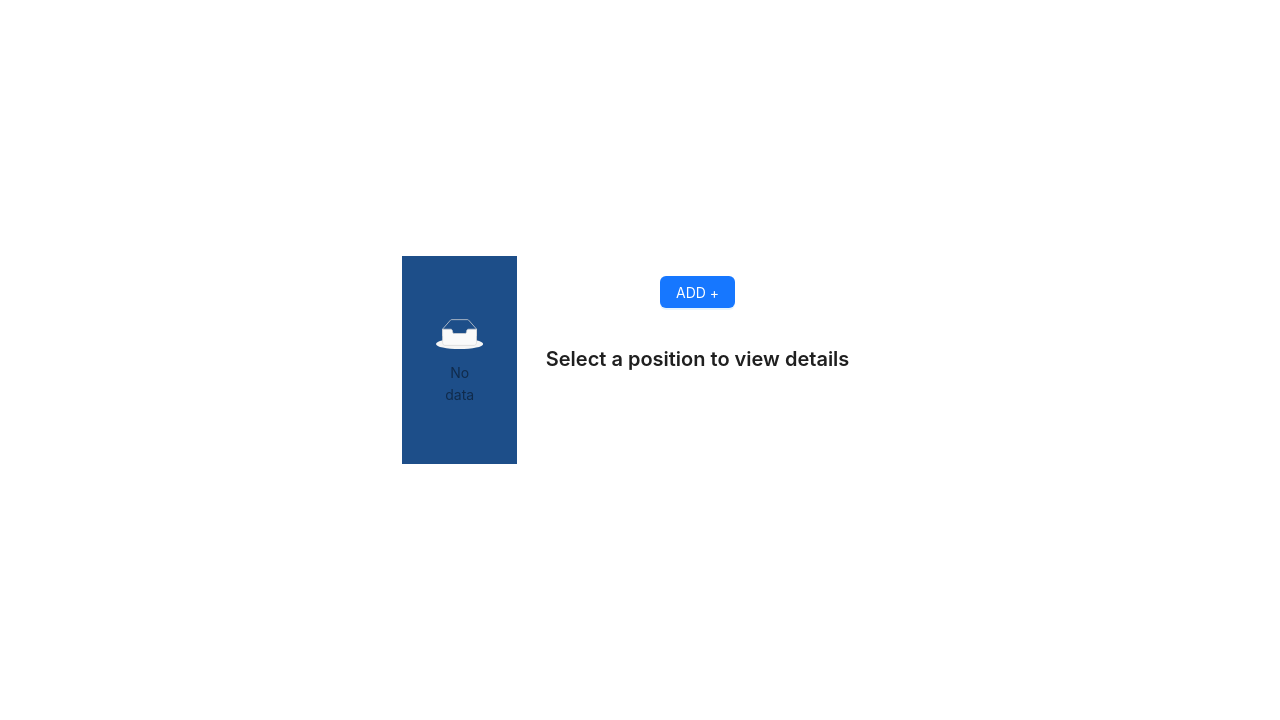
Repository: Moqueed/Delta_Iot
Page: /admin-dashboard/active-positions (app in client/)
An editor plug-in stored every save of this project. The page is shown before and after the next save, followed by the edit.
The browser window is 1280 px wide. The pictures show the whole page.
The page's requests for data from a server got no answer. The project was rebuilt for these pictures with package versions that can differ from the ones it lists, and the page was loaded fresh each time. No one was signed in, and anything a server would have sent is missing. Also part of the build but not shown: client/vite.config.js, client/src/api/users.js, client/src/pages/Register/index.jsx, client/src/pages/Login/index.jsx, client/src/components/ProtectedRoute.jsx, client/src/pages/HR/HRDashboard.jsx, client/src/pages/Admin/AdminDashboard.jsx, client/src/pages/HR/TotalDataPage.jsx.

Above is the page before, as saved 2025-03-14 13:28:20.

### client/src/App.jsx
import { Route, Routes } from "react-router-dom";
import "./App.css";
import RegisterPage from "./pages/Register";
import LoginPage from "./pages/Login";
import ProtectedRoute from "./components/ProtectedRoute";
import HRDashboard from "./pages/HR/HRDashboard";
import AdminDashboard from "./pages/Admin/AdminDashboard";
import TotalDataPage from "./pages/HR/TotalDataPage";
import ActivePositions from "./pages/Admin/ActivePositions";

function App() {
  return (
    <>
      <Routes>
        <Route path="/register" element={<RegisterPage />} />
        <Route path="/login" element={<LoginPage />} />
        <Route
          path="/hr-dashboard"
          element={
            <ProtectedRoute role="HR">
              <HRDashboard />
            </ProtectedRoute>
          }
        />
        <Route
          path="/admin-dashboard"
          element={
            <ProtectedRoute role="Admin">
              <AdminDashboard />
            </ProtectedRoute>
          }
        />
        <Route path="*" element={<LoginPage />} />
        <Route path="/total-data" element={<TotalDataPage/>}/>
        <Route path="/admin-dashboard/active-positions" element={<ActivePositions/>}/>
      </Routes>
    </>
  );
}

export default App;

### client/src/pages/Admin/ActivePositions.jsx
import React, { useEffect, useState } from "react";
import { deletePosition, fetchPositions } from "../../api/activePositions";
import { Button, Input, Typography, List } from "antd";


const { Title } = Typography;

const ActivePositions = () => {
  const [positions, setPositions] = useState([]);
  const [selectedPosition, setSelectedPosition] = useState(null);

  useEffect(() => {
    const loadPositions = async () => {
      try {
        const data = await fetchPositions();
        setPositions(data);
      } catch (error) {
        console.error("Failed to fetch positions", error);
      }
    };
    loadPositions();
  }, []);

  const handleDelete = async (id) => {
    try {
      await deletePosition(id);
      setPositions(positions.filter((pos) => pos.job_id !== id));
      setSelectedPosition(null);
    } catch (error) {
      console.error("Error deleting position", error);
    }
  };

  return (
    <div style={{ display: "flex" }}>
      {/* Sidebar List */}
      <div style={{ width: "20%", backgroundColor: "#1D4E89", padding: 10 }}>
        <List
          dataSource={positions}
          renderItem={(item) => (
            <List.Item
              style={{ color: "#fff", cursor: "pointer" }}
              onClick={() => setSelectedPosition(item)}
            >
              {item.position}
            </List.Item>
          )}
        />
      </div>

      {/* Position Details */}
      <div style={{ flex: 1, padding: 20 }}>
        <Button type="primary" style={{ marginBottom: 10 }}>ADD +</Button>
        {selectedPosition ? (
          <div>
            <Title level={3}>Position Details</Title>
            <Input addonBefore="Job ID" value={selectedPosition.job_id} disabled />
            <Input addonBefore="Position" value={selectedPosition.position} disabled />
            <Input addonBefore="Job Description" value={selectedPosition.job_description} disabled />
            <Input addonBefore="Department" value={selectedPosition.department} disabled />
            <Input addonBefore="Skills" value={selectedPosition.skills} disabled />
            <Input addonBefore="Min Experience" value={selectedPosition.minimum_experience} disabled />
            <Input addonBefore="Max Experience" value={selectedPosition.maximum_experience} disabled />
            <Input addonBefore="HR Manager" value={selectedPosition.manager} disabled />
            <Button type="primary" danger onClick={() => handleDelete(selectedPosition.job_id)} style={{ marginTop: 10 }}>Delete</Button>
          </div>
        ) : (
          <Title level={4}>Select a position to view details</Title>
        )}
      </div>
    </div>
  );
};

export default ActivePositions;

### client/src/api/activePositions.js
import axiosInstance from ".";

// Fetch all active positions
export const fetchPositions = async () => {
  try {
    const response = await axiosInstance.get("/api/positions");
    return response.data;
  } catch (error) {
    console.error("Error fetching positions:", error);
    throw error;
  }
};

// Create a new active position
export const createPosition = async (data) => {
  try {
    const response = await axiosInstance.post("/api/positions", data);
    return response.data;
  } catch (error) {
    console.error("Error creating position:", error);
    throw error;
  }
};

// Update an existing active position
export const updatePosition = async (id, data) => {
  try {
    const response = await axiosInstance.put(`/api/positions/${id}`, data);
    return response.data;
  } catch (error) {
    console.error("Error updating position:", error);
    throw error;
  }
};

// Delete an active position
export const deletePosition = async (id) => {
  try {
    const response = await axiosInstance.delete(`/api/positions/${id}`);
    return response.data;
  } catch (error) {
    console.error("Error deleting position:", error);
    throw error;
  }
};

### client/src/api/index.js
import axios from "axios";

const axiosInstance = axios.create({
  baseURL: "http://localhost:5000",
  headers: { "Content-Type": "application/json" },
});

// ✅ Add token to headers if available
axiosInstance.interceptors.request.use((config) => {
  const token = localStorage.getItem("token");
  if (token) config.headers.Authorization = `Bearer ${token}`;
  return config;
},
function (error) {
    return Promise.reject(error);
  }
);

export default axiosInstance;

Loaded but not shown: client/index.html (common file); client/src/main.jsx (common file); client/src/index.css (common file); client/src/App.css (common file)

After the next save:
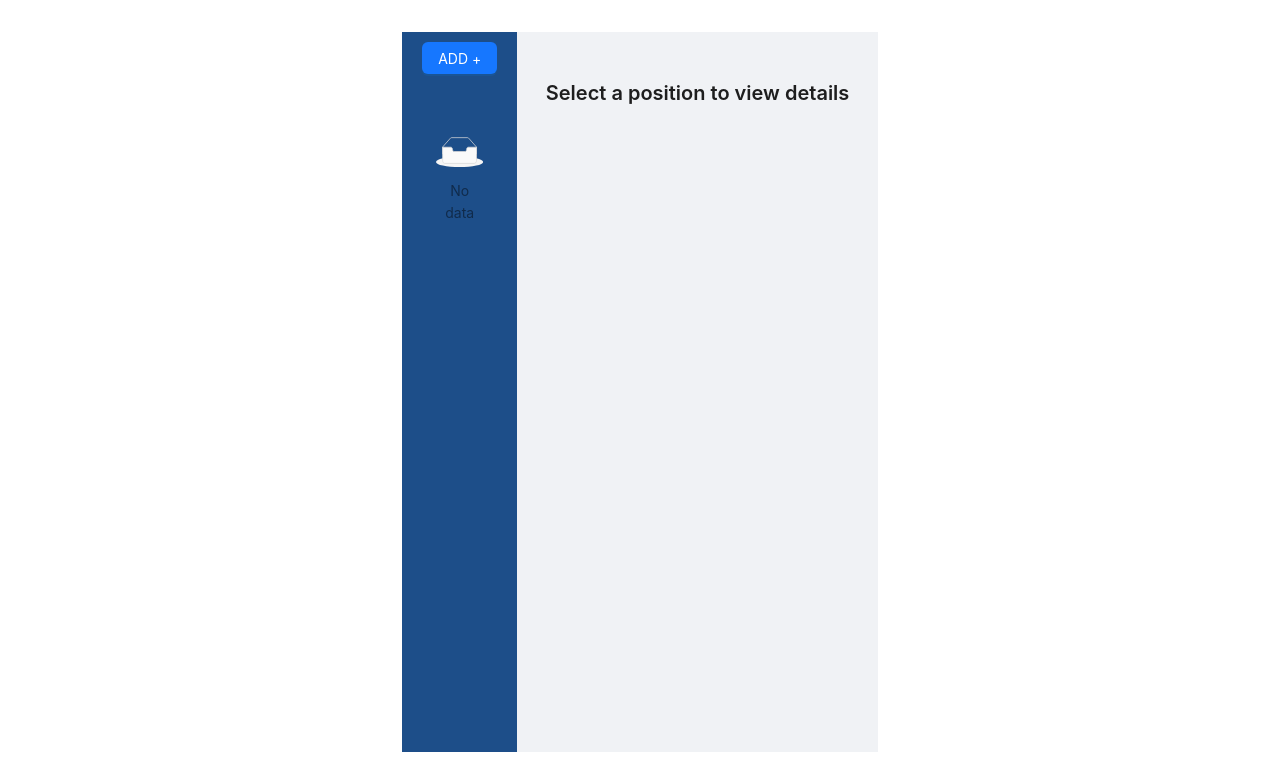
Saved 10 min 53 s later.
--- a/client/src/pages/Admin/ActivePositions.jsx
+++ b/client/src/pages/Admin/ActivePositions.jsx
@@ -1,7 +1,6 @@
 import React, { useEffect, useState } from "react";
 import { deletePosition, fetchPositions } from "../../api/activePositions";
 import { Button, Input, Typography, List } from "antd";
-
 
 const { Title } = Typography;
 
@@ -21,6 +20,21 @@ const ActivePositions = () => {
     loadPositions();
   }, []);
 
+  const handleAddPosition = () => {
+    const newPosition = {
+      job_id: positions.length + 1,
+      position: "New Position",
+      job_description: "",
+      department: "",
+      skills: "",
+      minimum_experience: "",
+      maximum_experience: "",
+      manager: "",
+    };
+    setPositions([...positions, newPosition]);
+    setSelectedPosition(newPosition);
+  };
+
   const handleDelete = async (id) => {
     try {
       await deletePosition(id);
@@ -32,14 +46,24 @@ const ActivePositions = () => {
   };
 
   return (
-    <div style={{ display: "flex" }}>
-      {/* Sidebar List */}
-      <div style={{ width: "20%", backgroundColor: "#1D4E89", padding: 10 }}>
+    <div style={{ display: "flex", height: "100vh" }}>
+      {/* Left side: Positions list */}
+      <div style={{ width: "20%", backgroundColor: "#1D4E89", padding: "10px" }}>
+        <Button type="primary" style={{ marginBottom: "10px" }} onClick={handleAddPosition}>
+          ADD +
+        </Button>
         <List
           dataSource={positions}
           renderItem={(item) => (
             <List.Item
-              style={{ color: "#fff", cursor: "pointer" }}
+              style={{
+                backgroundColor: selectedPosition === item ? "#ffffff" : "#3a5ba0",
+                color: selectedPosition === item ? "#000" : "#ffffff",
+                padding: "10px",
+                cursor: "pointer",
+                marginBottom: "5px",
+                borderRadius: "5px",
+              }}
               onClick={() => setSelectedPosition(item)}
             >
               {item.position}
@@ -48,22 +72,23 @@ const ActivePositions = () => {
         />
       </div>
 
-      {/* Position Details */}
-      <div style={{ flex: 1, padding: 20 }}>
-        <Button type="primary" style={{ marginBottom: 10 }}>ADD +</Button>
+      {/* Right side: Position details form */}
+      <div style={{ flex: 1, padding: "20px", backgroundColor: "#f0f2f5" }}>
         {selectedPosition ? (
-          <div>
+          <>
             <Title level={3}>Position Details</Title>
-            <Input addonBefore="Job ID" value={selectedPosition.job_id} disabled />
-            <Input addonBefore="Position" value={selectedPosition.position} disabled />
-            <Input addonBefore="Job Description" value={selectedPosition.job_description} disabled />
-            <Input addonBefore="Department" value={selectedPosition.department} disabled />
-            <Input addonBefore="Skills" value={selectedPosition.skills} disabled />
-            <Input addonBefore="Min Experience" value={selectedPosition.minimum_experience} disabled />
-            <Input addonBefore="Max Experience" value={selectedPosition.maximum_experience} disabled />
-            <Input addonBefore="HR Manager" value={selectedPosition.manager} disabled />
-            <Button type="primary" danger onClick={() => handleDelete(selectedPosition.job_id)} style={{ marginTop: 10 }}>Delete</Button>
-          </div>
+            <Input addonBefore="Job ID" value={selectedPosition.job_id} disabled style={{ marginBottom: "10px" }} />
+            <Input addonBefore="Position" value={selectedPosition.position} style={{ marginBottom: "10px" }} />
+            <Input addonBefore="Job Description" value={selectedPosition.job_description} style={{ marginBottom: "10px" }} />
+            <Input addonBefore="Department" value={selectedPosition.department} style={{ marginBottom: "10px" }} />
+            <Input addonBefore="Skills" value={selectedPosition.skills} style={{ marginBottom: "10px" }} />
+            <Input addonBefore="Min Experience" value={selectedPosition.minimum_experience} style={{ marginBottom: "10px" }} />
+            <Input addonBefore="Max Experience" value={selectedPosition.maximum_experience} style={{ marginBottom: "10px" }} />
+            <Input addonBefore="HR Manager" value={selectedPosition.manager} style={{ marginBottom: "10px" }} />
+            <Button type="primary" danger onClick={() => handleDelete(selectedPosition.job_id)} style={{ marginTop: "10px" }}>
+              Delete
+            </Button>
+          </>
         ) : (
           <Title level={4}>Select a position to view details</Title>
         )}
